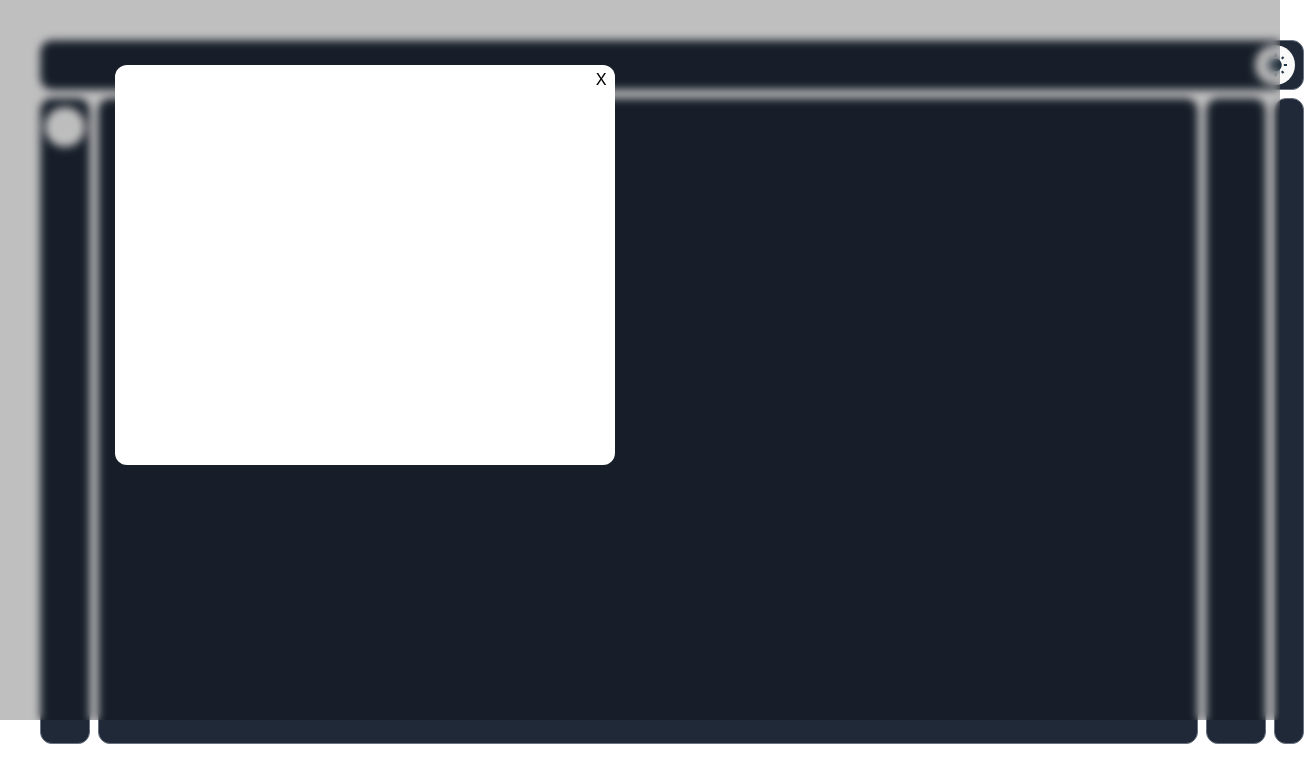
Repository: Wuiserous/Todo-App
Page: /, after clicking the first element matching `button.w-10`
An editor plug-in stored every save of this project. The page is shown before and after a run of saves, followed by the edit.
The browser window is 1280 px wide. The page is 1312 px wide, so the pictures cover 1312 px, including what lies to the right of the window. The pictures show the whole page.
The project was rebuilt for these pictures with package versions that can differ from the ones it lists, and the page was loaded fresh each time. Also part of the build but not shown: vite.config.js.

Above is the page before, as saved 2024-11-10 12:42:50.

After the next 2 saves:
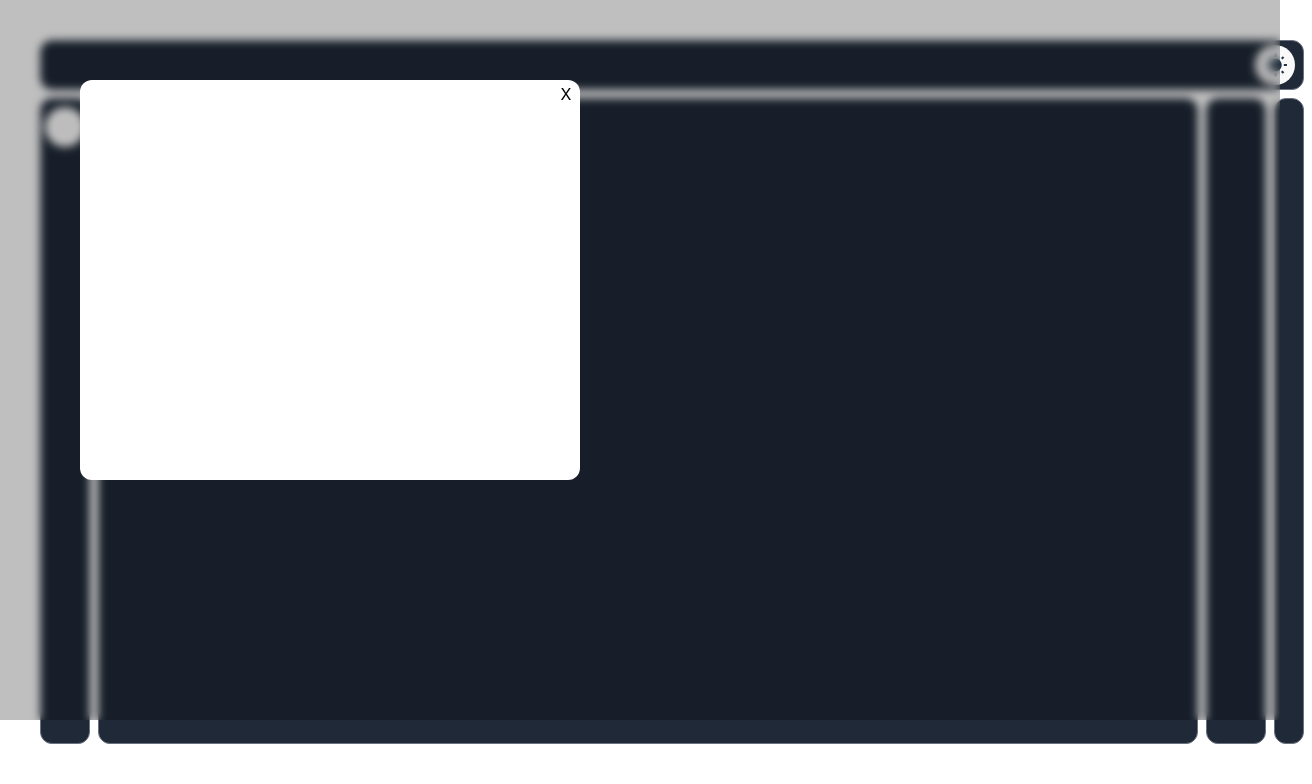
The 2 saves are shown as one change because they came seconds apart.
The last was saved 31 s later.
--- a/src/components/Modal.jsx
+++ b/src/components/Modal.jsx
@@ -26,7 +26,7 @@ export default function Modal(props) {
         onClick={hide}
       >
         <div
-          className={`relative w-[500px] top-[9%] left-[9%] h-[400px] bg-white rounded-xl flex flex-col justify-center items-center text-black transform transition-all duration-500 ${
+          className={`relative w-[500px] top-20 left-20 h-[400px] bg-white rounded-xl flex flex-col justify-center items-center text-black transform transition-all duration-500 ${
             isVisible ? "scale-100 opacity-100" : "scale-50 opacity-0"
           }`}
         >
